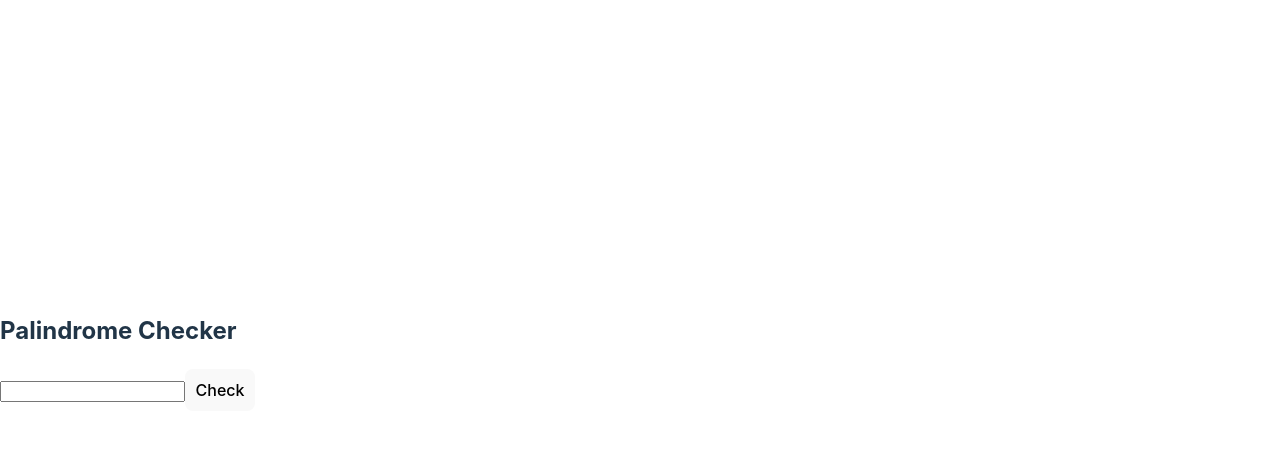
Repository: devblackie/palindrome
Page: /
These files come from the project's save history. The page is drawn as it stood at one moment and after the next save; the edit follows.
The browser window is 1280 px wide. The pictures show the whole page.
The project was rebuilt for these pictures with package versions that can differ from the ones it lists, and the page was loaded fresh each time. Also part of the build but not shown: vite.config.js.

Above is the page before, as saved 2023-08-22 16:26:56.

### index.html
<!doctype html>
<html lang="en">
  <head>
    <meta charset="UTF-8" />
    <link rel="icon" type="image/svg+xml" href="/vite.svg" />
    <meta name="viewport" content="width=device-width, initial-scale=1.0" />
    <title>Palindrome Checker</title>
  </head>
  <body>
    <div id="root"></div>
    <script type="module" src="/src/main.jsx"></script>
  </body>
</html>

### src/App.jsx
import React, { useState } from 'react';

function App() {
  const [inputText, setInputText] = useState('');
  const [result, setResult] = useState('');

  const checkPalindrome = (input) => {
    const reversed = input.split('').reverse().join('');
    if (input === reversed) {
      setResult('It is a palindrome!');
    } else {
      setResult(reversed);
    }
  };

  const handleInputChange = (event) => {
    setInputText(event.target.value);
  };

  const handleSubmit = (event) => {
    event.preventDefault();
    checkPalindrome(inputText);
  };

  return (
    <div>
      <div className="header"><div className="img"></div></div>
      <h2>Palindrome Checker</h2>
      <form onSubmit={handleSubmit}>
        <input type="text" value={inputText} onChange={handleInputChange} />
        <button type="submit">Check</button>
      </form>
      <p>
        {result === '' ? null : (
          <span>
            <span style={{ color: 'green' }}>
              {result === 'It is a palindrome!' ? result : null}
            </span>
            <span style={{ color: result !== 'It is a palindrome!' ? 'red' : 'black' }}>
              {result !== 'It is a palindrome!' ? result : null}
            </span>
          </span>
        )}
      </p>
    </div>
  );
}

export default App;

### src/index.css
:root {
  font-family: Inter, system-ui, Avenir, Helvetica, Arial, sans-serif;
  line-height: 1.5;
  font-weight: 400;

  color-scheme: light dark;
  color: rgba(255, 255, 255, 0.87);
  background-color: #09070a;

  font-synthesis: none;
  text-rendering: optimizeLegibility;
  -webkit-font-smoothing: antialiased;
  -moz-osx-font-smoothing: grayscale;
  -webkit-text-size-adjust: 100%;
}

a {
  font-weight: 500;
  color: #646cff;
  text-decoration: inherit;
}
a:hover {
  color: #535bf2;
}

body {
  margin: auto;
  display: flex;
  place-items: center;
  min-width: 320px;
  min-height: 100vh;
}

h1 {
  font-size: 3.2em;
  line-height: 1.1;
}

button {
  border-radius: 8px;
  border: 1px solid transparent;
  padding: 0.6em 0.6em;
  font-size: 1em;
  font-weight: 500;
  font-family: inherit;
  background-color: #1a1a1a;
  cursor: pointer;
  transition: border-color 0.25s;
}
button:hover {
  color:#d4c433;
}
button:focus,
button:focus-visible {
  outline: 4px auto transparent;
}
.img{
  background-size: cover;
  background-image: url('./assets/1643345225600.jpeg');
}

@media (prefers-color-scheme: light) {
  :root {
    color: #213547;
    background-color: #ffffff;
  }
  a:hover {
    color: #747bff;
  }
  button {
    background-color: #f9f9f9;
  }
}

Loaded but not shown: src/main.jsx (common file)

After the next save:
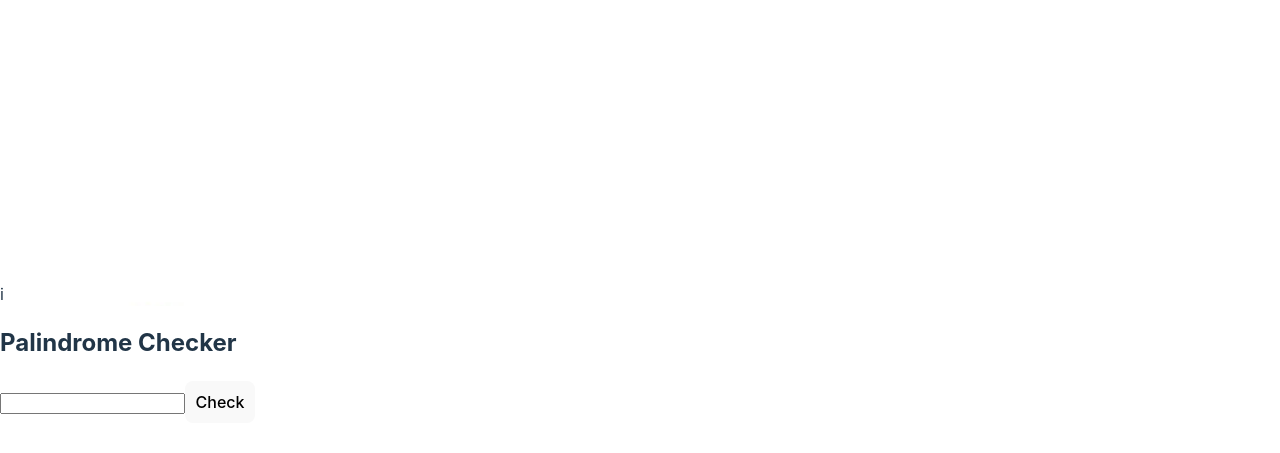
Saved 9 s later.
--- a/src/App.jsx
+++ b/src/App.jsx
@@ -24,7 +24,7 @@
 
   return (
     <div>
-      <div className="header"><div className="img"></div></div>
+      <div className="header"><div className="img">i</div></div>
       <h2>Palindrome Checker</h2>
       <form onSubmit={handleSubmit}>
         <input type="text" value={inputText} onChange={handleInputChange} />

After the save that followed:
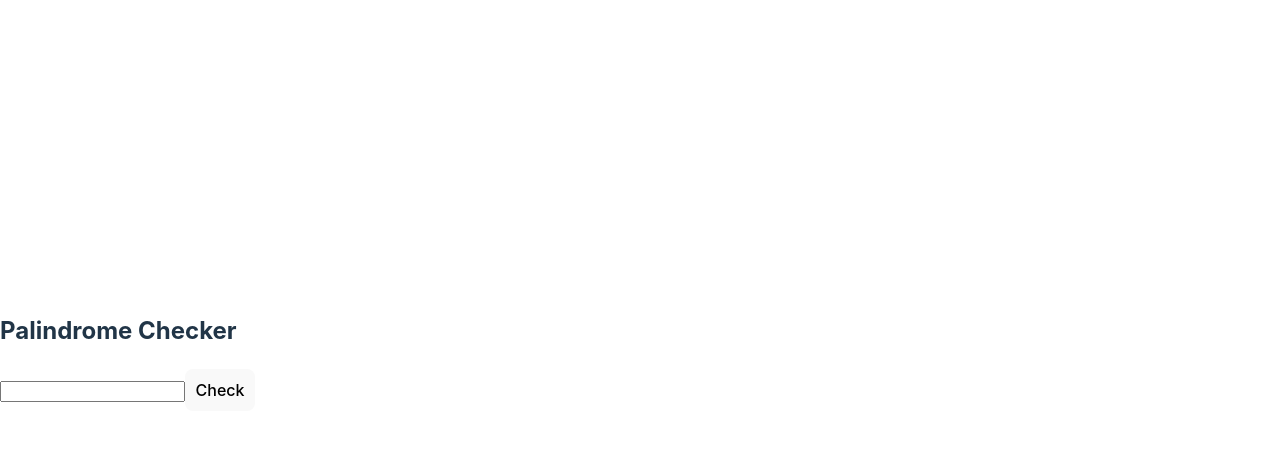
Saved 8 s later.
--- a/src/App.jsx
+++ b/src/App.jsx
@@ -24,7 +24,7 @@
 
   return (
     <div>
-      <div className="header"><div className="img">i</div></div>
+      <div className="header"><div className="img"></div></div>
       <h2>Palindrome Checker</h2>
       <form onSubmit={handleSubmit}>
         <input type="text" value={inputText} onChange={handleInputChange} />
